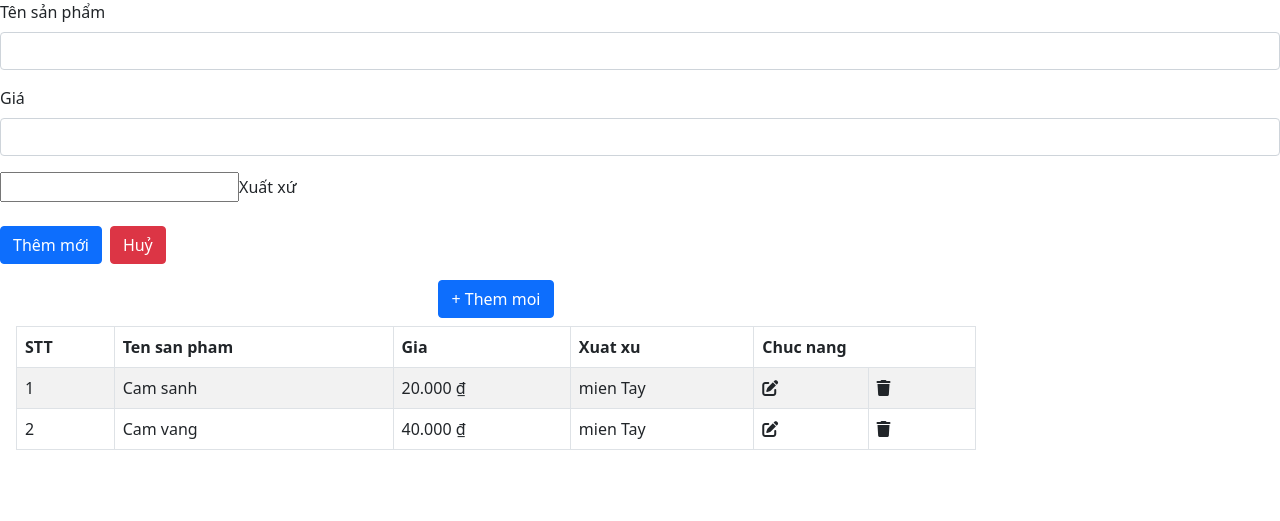
Repository: TinhTT336/MD02_Session12
Page: / (app in client/), after clicking the first element matching `button.btn`
An editor plug-in stored every save of this project. The page is shown before and after the next save, followed by the edit.
The browser window is 1280 px wide. The pictures show the whole page.
The project was rebuilt for these pictures with package versions that can differ from the ones it lists, and the page was loaded fresh each time. Requests to the local data server were answered from the project's data file. Also part of the build but not shown: client/vite.config.js, client/src/App.css, client/src/components/admin/manager-product/product.css, client/src/index.css.

Above is the page before, as saved 2023-09-11 14:01:19.

### client/index.html
<!DOCTYPE html>
<html lang="en">
  <head>
    <meta charset="UTF-8" />
    <link rel="icon" type="image/svg+xml" href="/vite.svg" />
    <meta name="viewport" content="width=device-width, initial-scale=1.0" />
    <title>Vite + React</title>
    <link
      href="https://cdn.jsdelivr.net/npm/bootstrap@5.0.2/dist/css/bootstrap.min.css"
      rel="stylesheet"
      integrity="sha384-EVSTQN3/azprG1Anm3QDgpJLIm9Nao0Yz1ztcQTwFspd3yD65VohhpuuCOmLASjC"
      crossorigin="anonymous"
    />
    <link
      rel="stylesheet"
      href="https://cdnjs.cloudflare.com/ajax/libs/font-awesome/6.4.2/css/all.min.css"
      integrity="sha512-z3gLpd7yknf1YoNbCzqRKc4qyor8gaKU1qmn+CShxbuBusANI9QpRohGBreCFkKxLhei6S9CQXFEbbKuqLg0DA=="
      crossorigin="anonymous"
      referrerpolicy="no-referrer"
    />
  </head>
  <body>
    <div id="root"></div>
    <script type="module" src="/src/main.jsx"></script>
  </body>
</html>

### client/src/App.jsx
import { useState } from 'react'
import reactLogo from './assets/react.svg'
import viteLogo from '/vite.svg'
import './App.css'
import ListProduct from './pages/product/ListProduct'

function App() {
  const [count, setCount] = useState(0)

  return (
    <>
      <ListProduct />
    </>
  )
}

export default App

### client/src/pages/product/ListProduct.jsx
import React, { useEffect, useState } from 'react'
import { formatMoney } from '../../utils/formatData';
import FormAdd from '../../components/admin/manager-product/FormAdd';

export default function ListProduct() {
    const [products, setProducts] = useState([]);
    const [showForm, setShowForm] = useState(false);
    // console.log(products);
    // goi API lay thong tin tat ca san pham
    const loadData = () => {
        fetch("http://localhost:8000/products")
            .then((response) => response.json())// ep kieu ve dang json
            .then((response) => setProducts(response)) // noi co du lieu tra ve
            .catch((error) => console.log(error))// bat loi
    }
    // khi lam viec voi components khong duoc goi ham truc tiep ma su dung useEffect
    // useEffect dung khi can hien thi du lieu ra giao dien
    useEffect(() => {
        loadData();
    }, [])

    /**
     * ham xoa thong 1 product theo id
     * @param {*} id id cua product can xoa
     * Author: TinhTT (11/09/2023)
     */
    const handleDelete = (id) => {
        fetch(`http://localhost:8000/products/${id}`, {
            method: "DELETE",
        }).then((response) => {
            if (response.status === 200) {
                loadData();
            }
        })
            .catch((error) => console.log(error))
    }

    // ham hien thi form them moi
    const handleShowForm = () => {
        setShowForm(true);
    }
    return (
        <>
            {showForm && <FormAdd />}
            <div className='w-75 d-flex align-items-center justify-content-center flex-column m-3'>
                <div >
                    <button onClick={handleShowForm} className='btn btn-primary mb-2 btn-add' style={{ textAlign: "right" }}>+ Them moi</button>
                </div>
                <table className='table table-striped table-hover table-bordered'>
                    <thead>
                        <tr>
                            <th scope='col'>STT</th>
                            <th scope='col'>Ten san pham</th>
                            <th scope='col'>Gia</th>
                            <th scope='col'>Xuat xu</th>
                            <th scope='col' colSpan={2}>Chuc nang</th>
                        </tr>
                    </thead>
                    <tbody>
                        {products.map((pro, index) => (
                            <tr key={pro.id}>
                                <td>{index + 1}</td>
                                <td>{pro.product_name}</td>
                                <td>{formatMoney(pro.price)}</td>
                                <td>{pro.from}</td>
                                <td><i class="fa-solid fa-pen-to-square"></i></td>
                                <td onClick={() => handleDelete(pro.id)}><i class="fa-solid fa-trash"></i></td>
                            </tr>
                        ))}
                    </tbody>
                </table>
            </div>
        </>
    )
}

### client/src/utils/formatData.js
/**
 * ham format tien te Viet Nam
 * @param {*} money chuoi tien te can format
 * @returns chuoi tien te da duoc format
 * Author: TinhTT (11/09/2023)
 */
export const formatMoney = (money) => {
  return money.toLocaleString("vi", { style: "currency", currency: "VND" });
};
export const formatDate = () => {};
export const formatEmail = () => {};

### client/src/components/admin/manager-product/FormAdd.jsx
import React from 'react'
import "./product.css";

export default function FormAdd() {
    return (
        <>
            <div className='product=container'>
                <form className='form=container'>
                    <div className="mb-3">
                        <label htmlFor="productName" className="form-label">
                            Tên sản phẩm
                        </label>
                        <input type="text" className="form-control" name="productName" />
                    </div>
                    <div className="mb-3">
                        <label htmlFor="price" className="form-label">
                            Giá
                        </label>
                        <input type="text" className="form-control" name='price' />
                    </div>
                    <div className="mb-3">
                        <input type="text" className="form-label" name='from' />
                        <label className="form-label" htmlFor="from">
                            Xuất xứ
                        </label>
                    </div>
                    <button type="submit" className="btn btn-primary me-2">
                        Thêm mới
                    </button>
                    <button type="submit" className="btn btn-danger">
                        Huỷ
                    </button>
                </form>

            </div>

        </>
    )
}

### server/db.json
{
  "users": [
    {
      "id": 1,
      "user_name": "Nguyen Van A",
      "gender": 0,
      "address": "Thanh Xuan, Ha Noi",
      "email": "an@gmail.com",
      "password": "123456"
    }
  ],
  "products": [
    {
      "id": 1,
      "product_name": "Cam sanh",
      "price": 20000,
      "from": "mien Tay"
    },
    {
      "id": 2,
      "product_name": "Cam vang",
      "price": 40000,
      "from": "mien Tay"
    }
  ]
}

Loaded but not shown: client/src/main.jsx (common file)

After the next save:
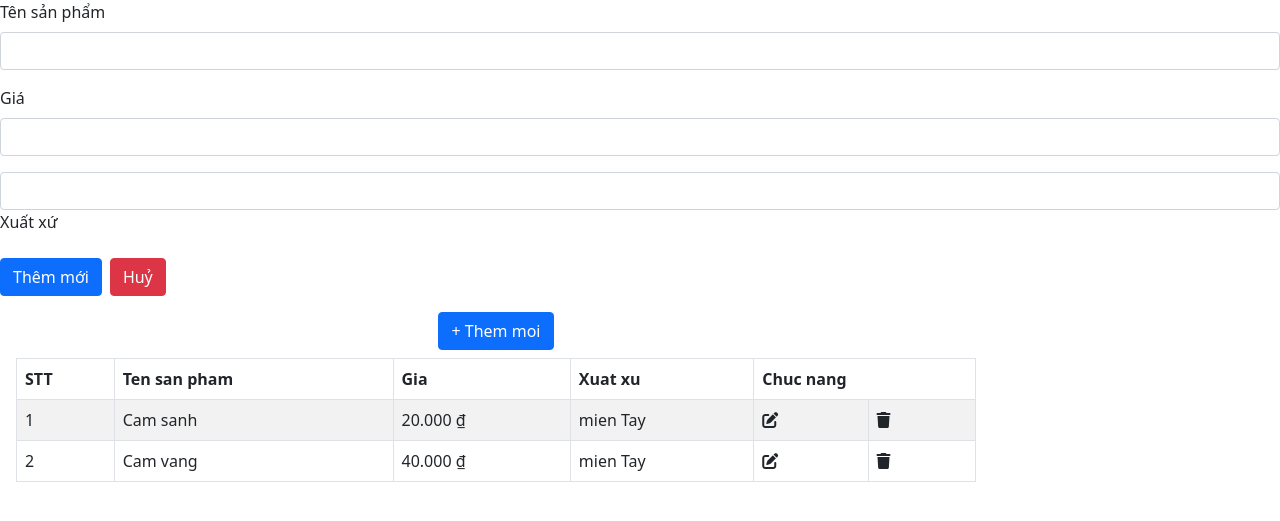
Saved 24 s later.
--- a/client/src/components/admin/manager-product/FormAdd.jsx
+++ b/client/src/components/admin/manager-product/FormAdd.jsx
@@ -19,7 +19,7 @@ export default function FormAdd() {
                         <input type="text" className="form-control" name='price' />
                     </div>
                     <div className="mb-3">
-                        <input type="text" className="form-label" name='from' />
+                        <input type="text" className="form-control" name='from' />
                         <label className="form-label" htmlFor="from">
                             Xuất xứ
                         </label>
